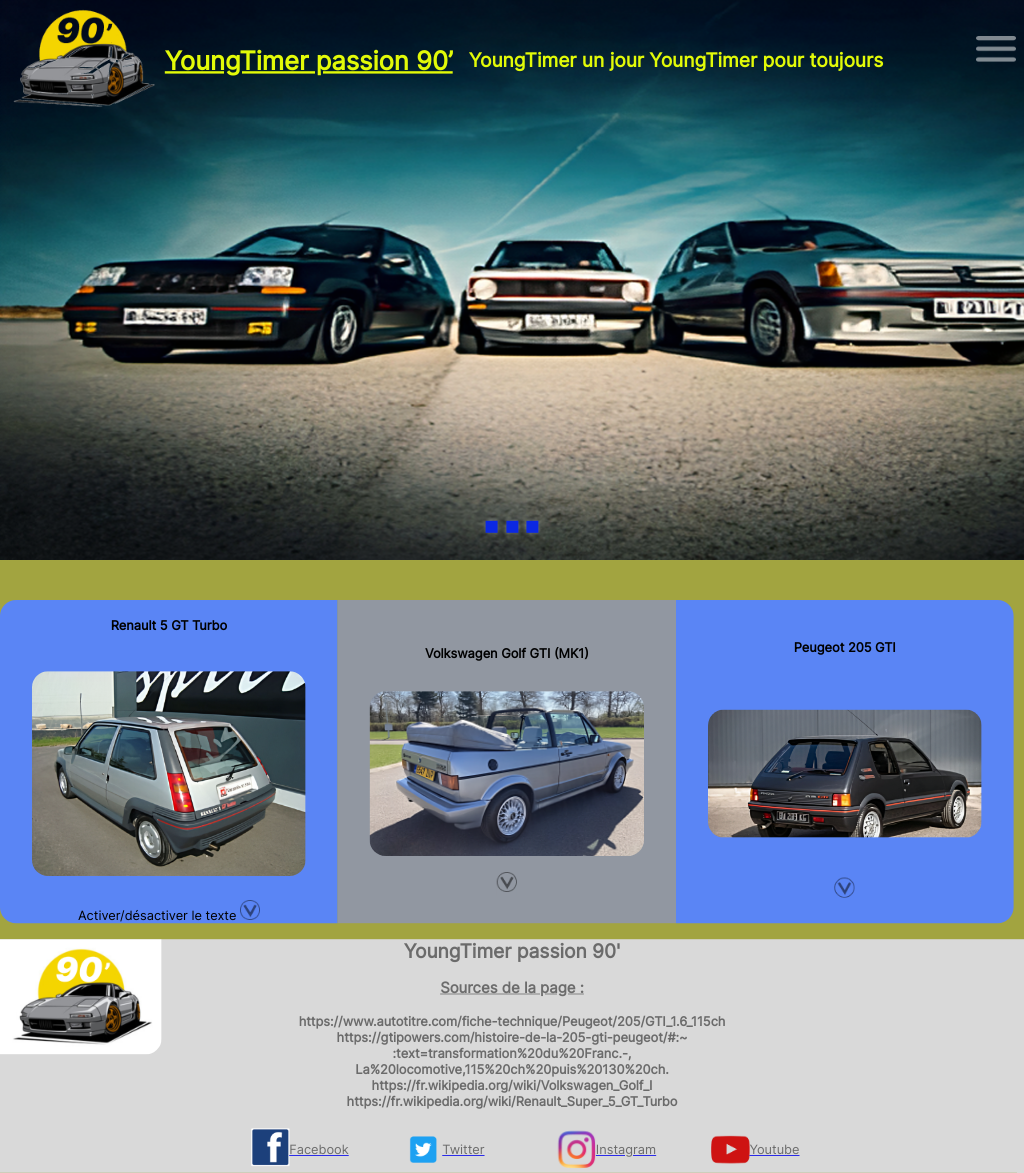
Repository: Zouz01/projetyoungtimer-90_
Page: index.html
These files come from the project's save history. The page is drawn as it stood at one moment and after a run of saves; the edit follows.
The browser window is 1280 px wide. The pictures show the whole page, at 80% of full size.

Above is the page before, as saved 2023-09-21 14:37:52.

After the next 2 saves:
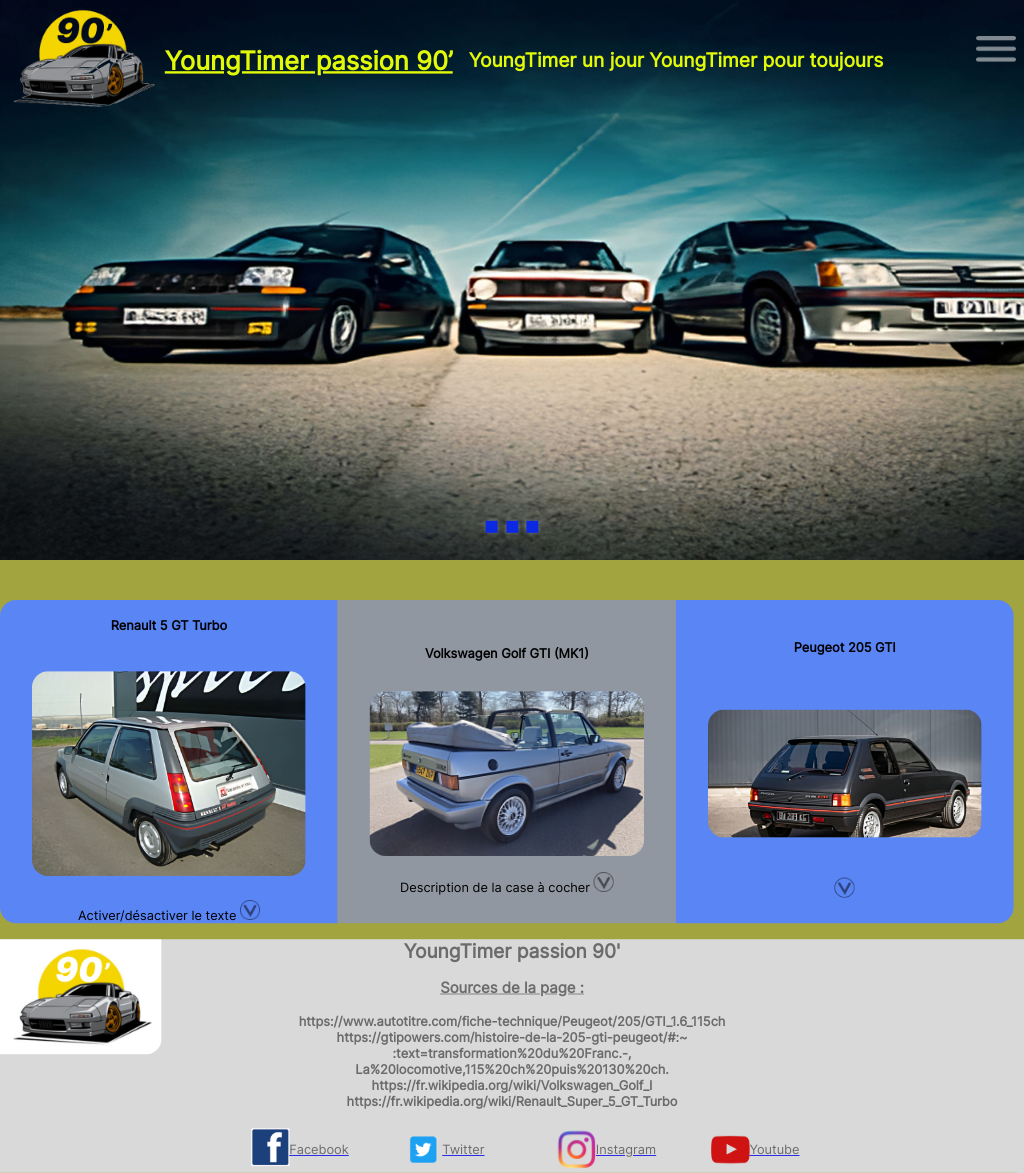
The 2 saves are shown as one change because they came seconds apart.
The last was saved 109 s later.
--- a/index.html
+++ b/index.html
@@ -103,7 +103,9 @@
                 <area alt="informations techniques" title="Informations techniques" href="./HTML/index-page-golf-GTI.html" coords="114,41,1109,611" shape="rect">
               </map></figure>
             <figcaption>
-                <input type="checkbox" name="btn-text" class="btn-text">
+                <label for="btn-text" title="Description de la case à cocher">Description de la case à cocher</label>
+                <input type="checkbox" id="btn-text" name="btn-text" class="btn-text">
+
                 <label for="btn-text" class="btn-text"><img src="./logo-commun/btn-vecteur-gris.png" alt=""></label>
                 <p class="hide"><b>Années de production : </b>
                 (berline) : 1974-1984
